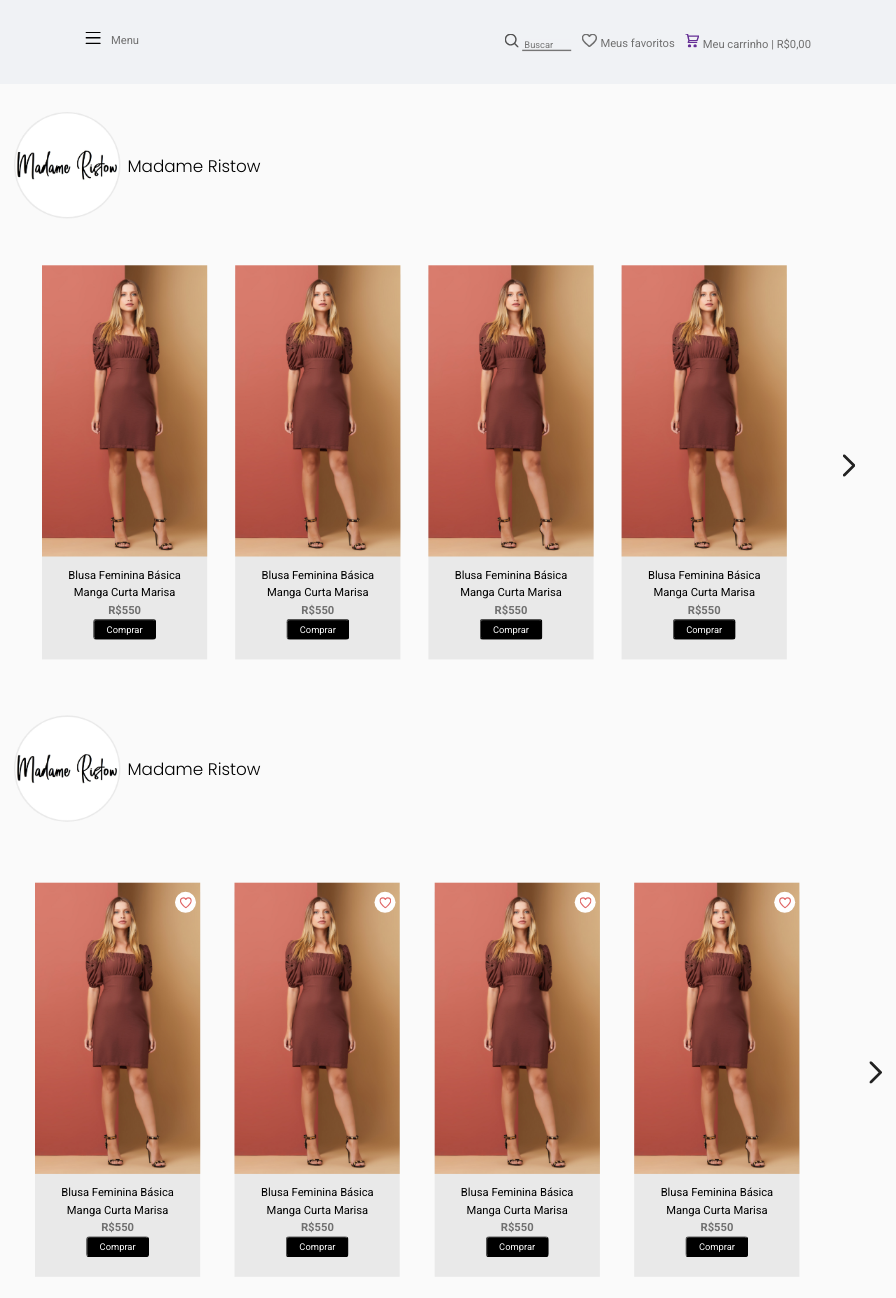
Repository: gutobarbosa/FrontEndLojaVirtual
Page: /
These files come from the project's save history. The page is drawn as it stood at one moment and after the next save; the edit follows.
The browser window is 1280 px wide. The pictures show the whole page, at 70% of full size.
The project was rebuilt for these pictures with package versions that can differ from the ones it lists, and the page was loaded fresh each time. Also part of the build but not shown: src/pages/Repository/styles.ts, src/services/api.ts, src/pages/Repository/index.tsx.

Above is the page before, as saved 2020-11-22 00:15:37.

After the next save:
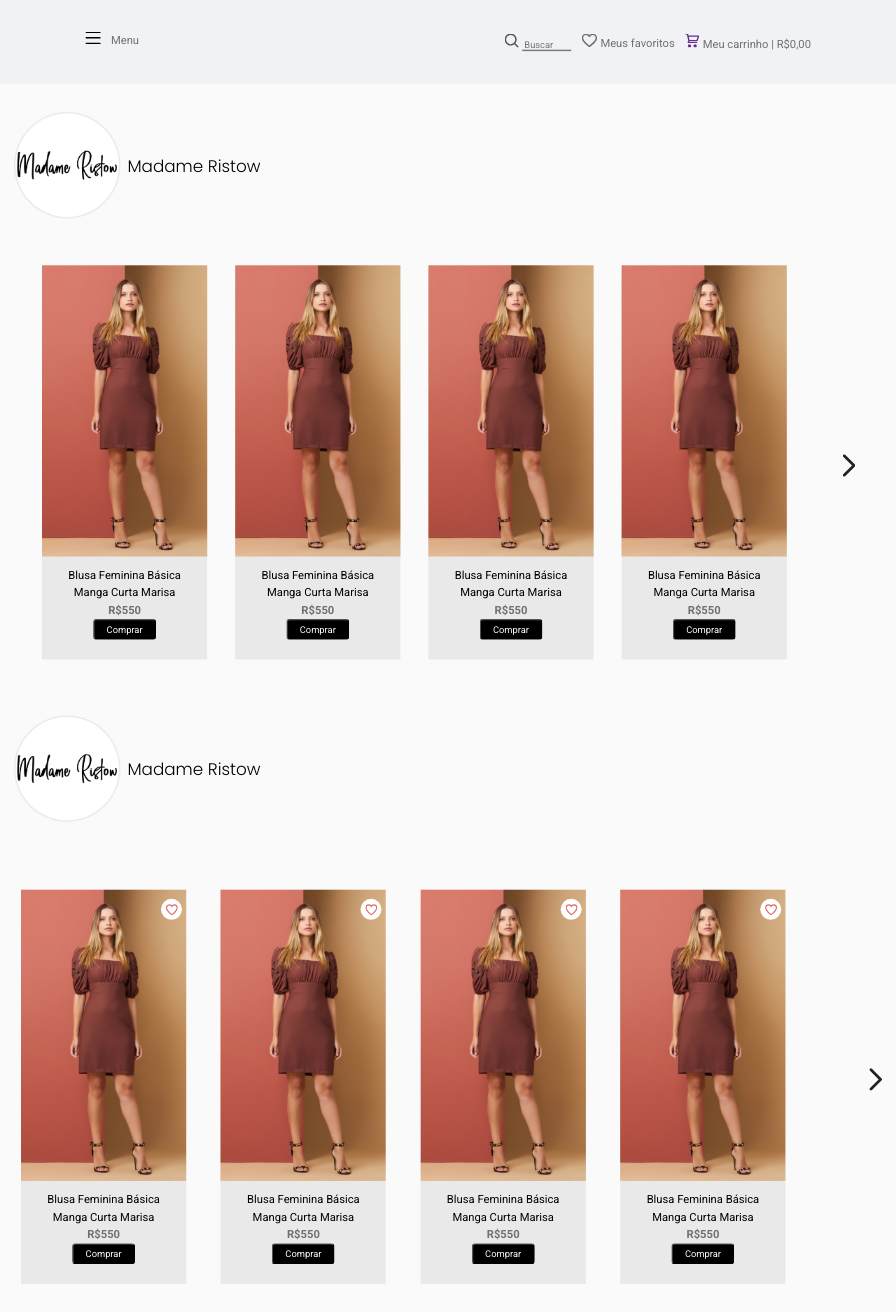
Saved 9 s later.
--- a/src/pages/Dashboard/styles.ts
+++ b/src/pages/Dashboard/styles.ts
@@ -34,7 +34,7 @@ display: flex;
 align-items: center;
     .containerBox{
         width:100%;
-        margin: -10px;
+        margin-left: -30px;
     }
     .heart {
         width: 30px;
